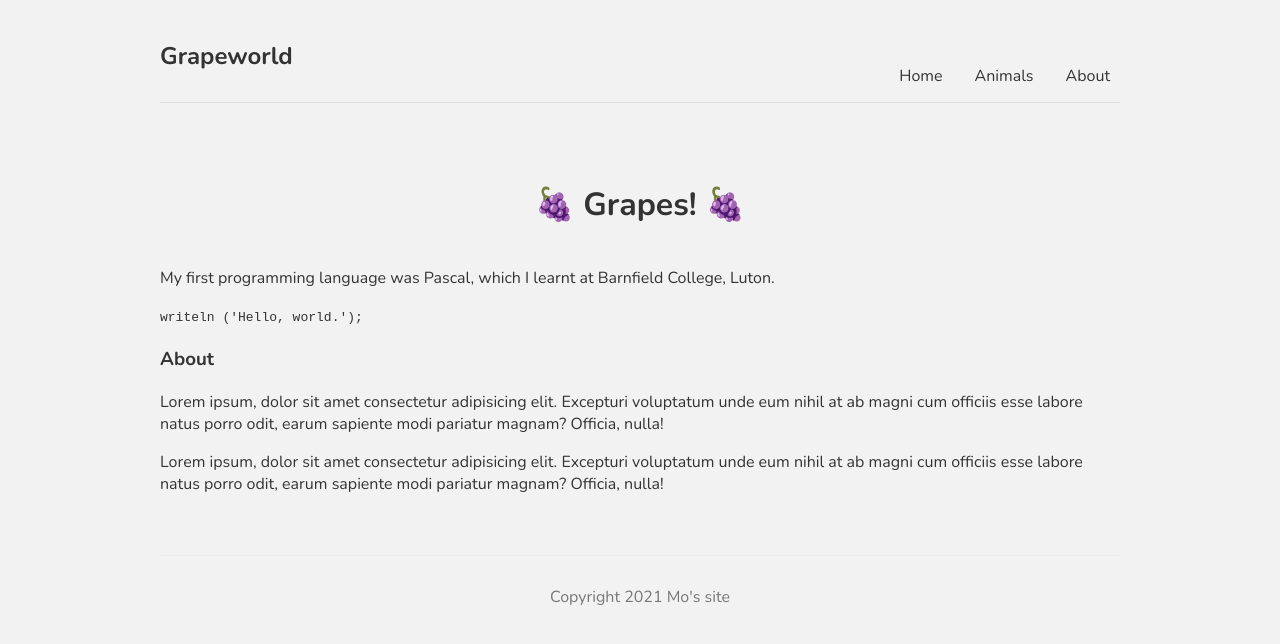
Repository: technogize/next-test-site
Page: /
An editor plug-in stored every save of this project. The page is shown before and after the next save, followed by the edit.
The browser window is 1280 px wide. The pictures show the whole page.
The project was rebuilt for these pictures with package versions that can differ from the ones it lists, and the page was loaded fresh each time. The framework's server and built-in components were replaced by stand-ins that run in the browser.

Above is the page before, as saved 2021-10-02 20:05:36.

After the next save:
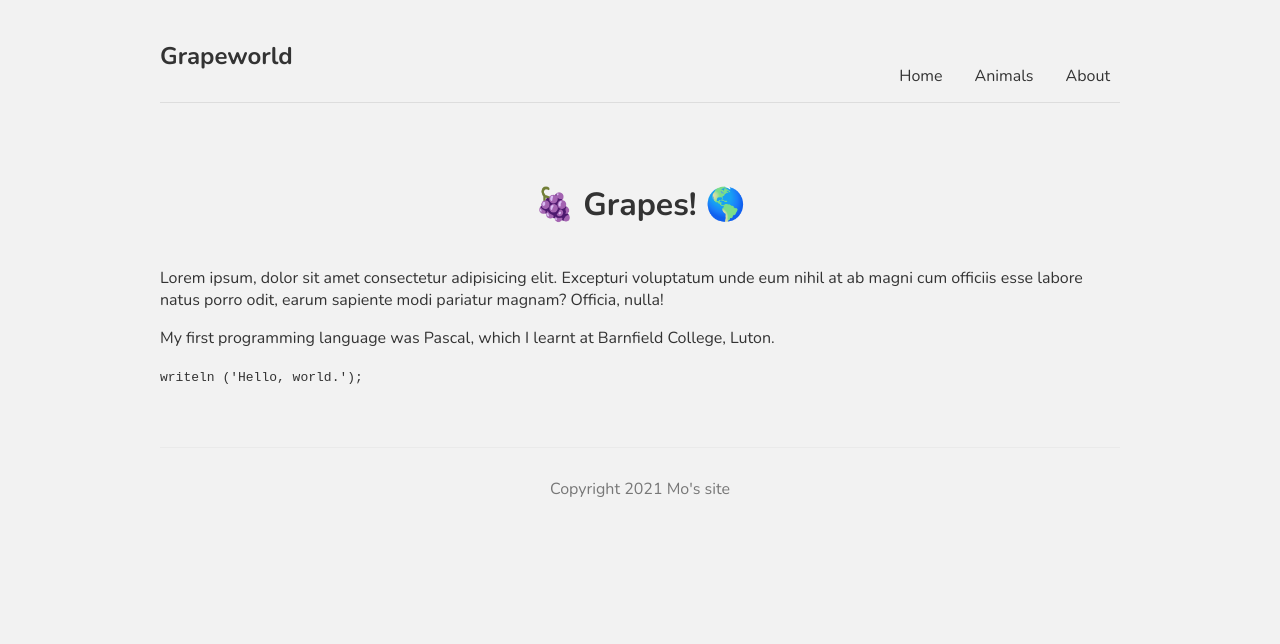
Saved 2 min 17 s later.
--- a/pages/index.js
+++ b/pages/index.js
@@ -10,19 +10,15 @@ export default function Home() {
       </Head>
       <main className={styles.main}>
         <h1 className={styles.title}>
-          🍇 Grapes! 🍇
+          🍇 Grapes! 🌎
         </h1>
+        <p>Lorem ipsum, dolor sit amet consectetur adipisicing elit. Excepturi voluptatum unde eum nihil at ab magni cum officiis esse labore natus porro odit, earum sapiente modi pariatur magnam? Officia, nulla!</p>
 
-        <p className={styles.description}>
-          <p>My first programming language was Pascal, which I learnt at Barnfield College, Luton.</p>
-          <code className={styles.code}>
-            writeln ('Hello, world.');
-          </code>
-          <h3><a href='/about'>About</a></h3>
-          <p>Lorem ipsum, dolor sit amet consectetur adipisicing elit. Excepturi voluptatum unde eum nihil at ab magni cum officiis esse labore natus porro odit, earum sapiente modi pariatur magnam? Officia, nulla!</p>
-          <p>Lorem ipsum, dolor sit amet consectetur adipisicing elit. Excepturi voluptatum unde eum nihil at ab magni cum officiis esse labore natus porro odit, earum sapiente modi pariatur magnam? Officia, nulla!</p>
+        <p>My first programming language was Pascal, which I learnt at Barnfield College, Luton.</p>
+        <code className={styles.code}>
+          writeln ('Hello, world.');
+        </code>
 
-        </p>
 
       </main>
     </div>
